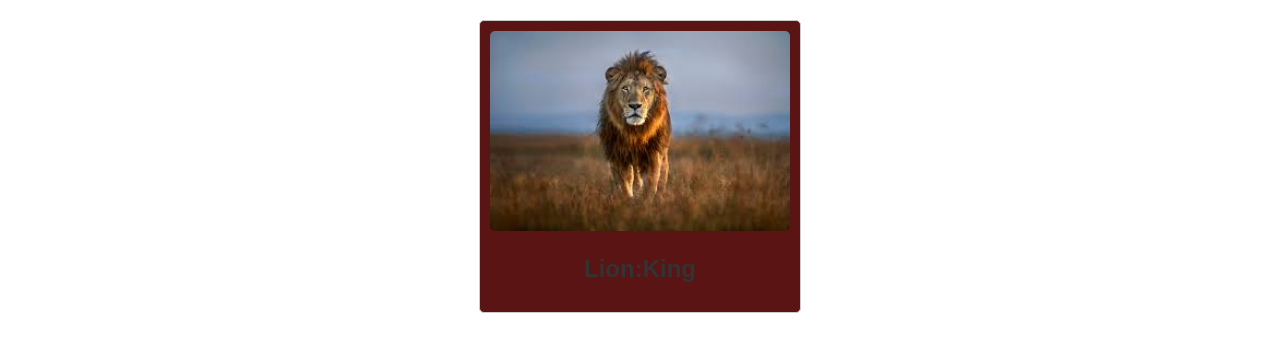
Repository: KingBoyMaylow/Animal-trading-card
Page: index.html
An editor plug-in stored every save of this project. The page is shown before and after the next save, followed by the edit.
The browser window is 1280 px wide. The pictures show the whole page.

Above is the page before, as saved 2024-05-13 21:42:30.

After the next save:
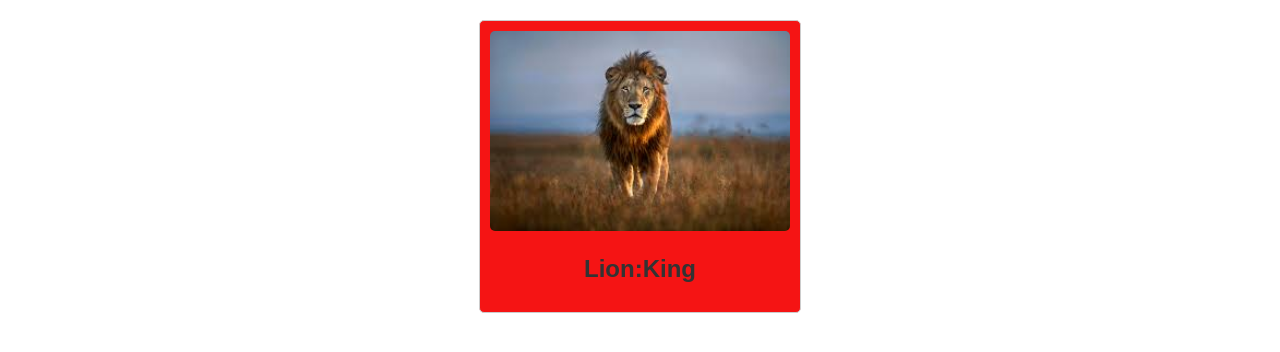
Saved 11 s later.
--- a/index.html
+++ b/index.html
@@ -17,7 +17,7 @@
         border-radius: 5px;
         margin: 20px auto;
         padding: 10px;
-        background-color: #5a1414;
+        background-color: #f51414;
     }
     .card img {
         width: 100%;
